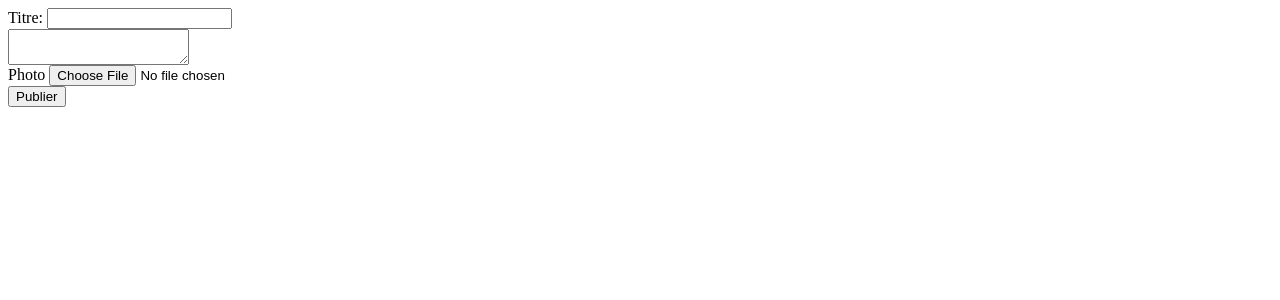
Repository: mitantsoa1/site_test
Page: http://localhost/Views/template-parts/form_publication.php
The author's editor kept a copy of each file at every save. The page is drawn from the files as they stood at one save, then again after the next save.
The browser window is 1280 px wide. The pictures show the whole page.
The page is run by PHP 8.4 with error messages shown; the project is at /var/www/html/.

Above is the page before, as saved 2021-02-10 16:06:37.

After the next save:
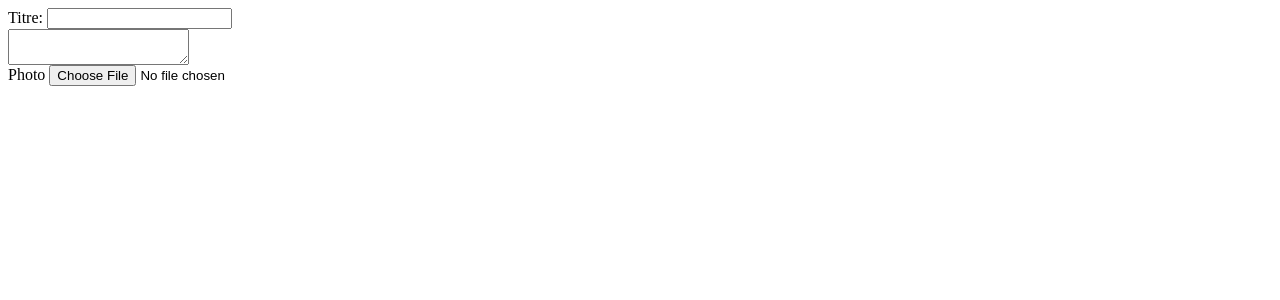
Saved 8 min 12 s later.
--- a/Views/template-parts/form_publication.php
+++ b/Views/template-parts/form_publication.php
@@ -10,5 +10,3 @@
         <label for="photo">Photo</label>
         <input type="file" name="photo" id="photo">
     </div>
-    <button name="btnPMlg" id="btnPMlg" class="btn btn-primary text-center col-sm-offset-2 col-sm-2 ">Publier</button>
-</form>
